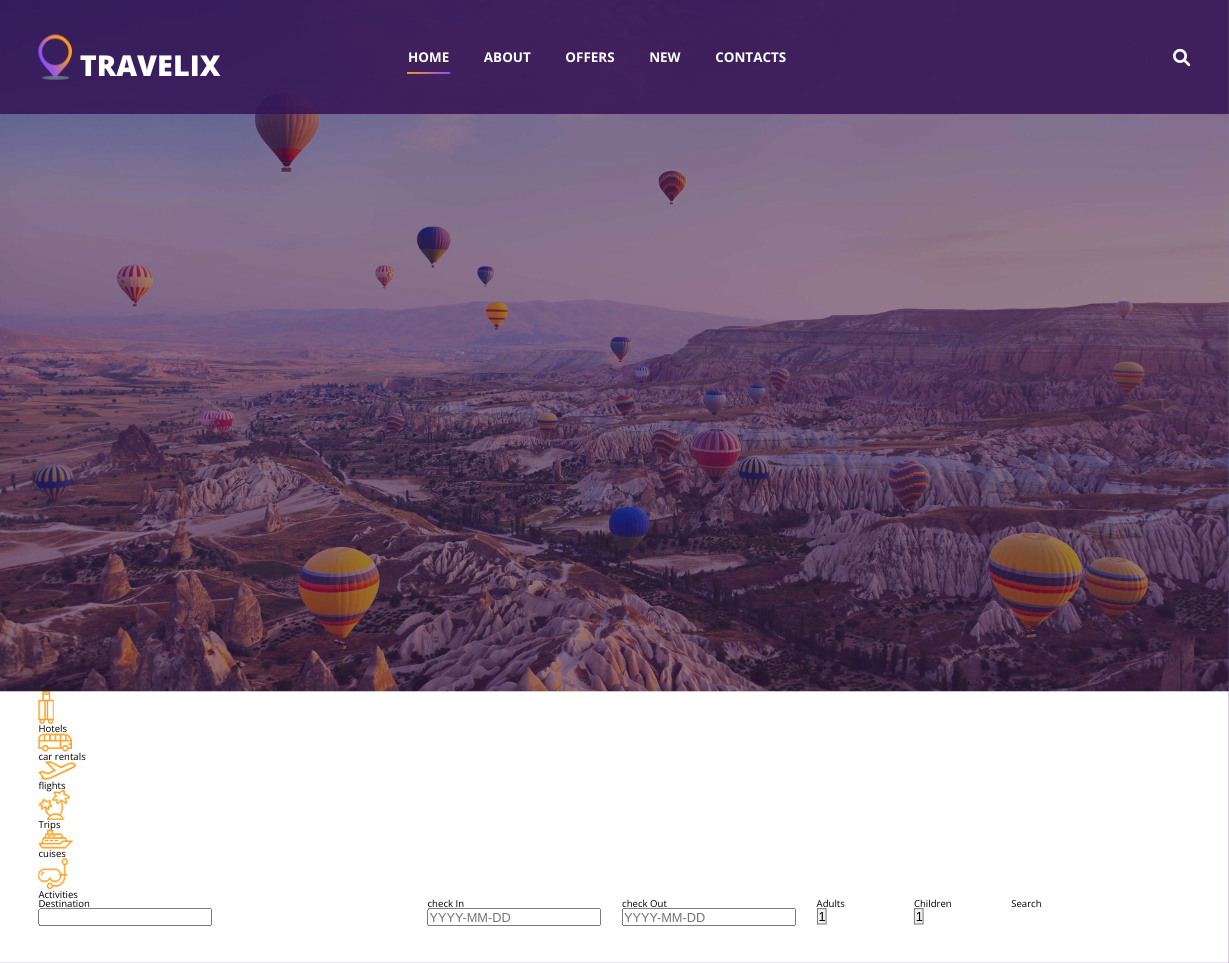
Repository: phamhuuloc/Travelix_Template
Page: offers.html
An editor plug-in stored every save of this project. The page is shown before and after the next save, followed by the edit.
The browser window is 1280 px wide. The pictures show the whole page, at 96% of full size.
Some web fonts or font styles are not loaded; a fallback is used.

Above is the page before, as saved 2021-10-15 11:08:30.

### offers.html
<!DOCTYPE html>
<html lang="en">
  <head>
    <meta charset="UTF-8" />
    <meta http-equiv="X-UA-Compatible" content="IE=edge" />
    <meta name="viewport" content="width=device-width, initial-scale=1.0" />
    <title>Document</title>
    <link rel="shortcut icon" href="./assets/img/logo.png" />
    <link
      href="https://fonts.googleapis.com/css2?family=Caramel&display=swap"
      rel="stylesheet"
    />
    <!-- GOOGLE FONT -->
    <link
      href="https://fonts.googleapis.com/css2?family=Birthstone&display=swap"
      rel="stylesheet"
    />
    <!-- FONT AWESOME -->
    <link
      rel="stylesheet"
      href="https://cdnjs.cloudflare.com/ajax/libs/font-awesome/6.0.0-beta2/css/all.min.css"
      integrity="sha512-YWzhKL2whUzgiheMoBFwW8CKV4qpHQAEuvilg9FAn5VJUDwKZZxkJNuGM4XkWuk94WCrrwslk8yWNGmY1EduTA=="
      crossorigin="anonymous"
      referrerpolicy="no-referrer"
    />
    <!-- CSS -->
    <link rel="stylesheet" href="./assets/css/reset.css" />
    <link rel="stylesheet" href="./assets/css/grid.css" />
    <link rel="stylesheet" href="./assets/css/base.css" />
    <link rel="stylesheet" href="./assets/css/offer.css" />
  </head>
  <body></body>
</html>
<header class="header">
  <div class="header-topbar" style="display: none">
    <div class="grid wide">
      <div class="header-topbar__container">
        <div class="row">
          <div class="col l-6">
            <div class="header-topbar__contact">
              <ul>
                <li>
                  <a href="">+84 945 000 917</a>
                </li>
                <li>
                  <a href=""><i class="fab fa-pinterest"></i></a>
                </li>
                <li>
                  <a href=""><i class="fab fa-facebook-f"></i></a>
                </li>
                <li>
                  <a href=""><i class="fab fa-twitter"></i></a>
                </li>
                <li>
                  <a href=""><i class="fab fa-dribbble"></i></a>
                </li>
                <li>
                  <a href=""><i class="fab fa-behance"></i></a>
                </li>
                <li>
                  <a href=""><i class="fab fa-linkedin-in"></i></a>
                </li>
              </ul>
            </div>
          </div>
          <div class="col l-6">
            <div class="header-topbar__login">
              <ul>
                <li><a href="">Login</a></li>
                <li><a href="">|</a></li>
                <li><a href="">Register</a></li>
              </ul>
            </div>
          </div>
        </div>
      </div>
    </div>
  </div>
  <div class="header-nav">
    <div class="grid wide">
      <div class="header-nav__container">
        <div class="row">
          <div class="col l-3">
            <div class="logo">
              <a href="" class="logo__link">
                <img src="./assets/img/logo.png" alt="" />
                <h2 class="logo__text">Travelix</h2>
              </a>
            </div>
          </div>
          <div class="col l-6 m-0 c-0">
            <div class="nav-menu">
              <ul class="nav-menu__list">
                <li class="nav-menu__item active">
                  <a href="" class="nav-menu__link">Home</a>
                </li>
                <li class="nav-menu__item">
                  <a href="./about.html" class="nav-menu__link">About</a>
                </li>
                <li class="nav-menu__item">
                  <a href="" class="nav-menu__link">Offers</a>
                </li>
                <li class="nav-menu__item">
                  <a href="" class="nav-menu__link">New</a>
                </li>
                <li class="nav-menu__item">
                  <a href="" class="nav-menu__link">Contacts</a>
                </li>
              </ul>
            </div>
          </div>
          <div class="col l-3">
            <div class="header-search">
              <i class="fas fa-search header-search__icon"></i>
            </div>
          </div>
        </div>
      </div>
    </div>
  </div>
</header>
<div class="home">
  <div
    class="home-background"
    style="background-image: url(./assets/img/about.jpg)"
  ></div>
  <div class="home__title"><h1>About us</h1></div>
</div>
<section class="search">
  <div class="grid wide">
    <div class="search-option grid wide">
      <ul class="search-option__list">
        <li class="search-option__item active">
          <img
            src="./assets/img/suitcase.png"
            alt=""
            class="search-option__icon"
          />
          <span class="search-option__desc">Hotels</span>
        </li>
        <li class="search-option__item">
          <img src="./assets/img/bus.png" alt="" class="search-option__icon" />
          <span class="search-option__desc">car rentals</span>
        </li>
        <li class="search-option__item">
          <img
            src="./assets/img/departure.png"
            alt=""
            class="search-option__icon"
          />
          <span class="search-option__desc">flights</span>
        </li>
        <li class="search-option__item">
          <img
            src="./assets/img/island.png"
            alt=""
            class="search-option__icon"
          />
          <span class="search-option__desc">Trips</span>
        </li>
        <li class="search-option__item">
          <img
            src="./assets/img/cruise.png"
            alt=""
            class="search-option__icon"
          />
          <span class="search-option__desc">cuises</span>
        </li>
        <li class="search-option__item">
          <img
            src="./assets/img/diving.png"
            alt=""
            class="search-option__icon"
          />
          <span class="search-option__desc">Activities</span>
        </li>
      </ul>
    </div>
    <div class="search-destination">
      <div class="row sm-gutter">
        <div class="search__item col l-4">
          <div class="search__item-container">
            <h4>Destination</h4>
            <input type="text" class="search__item-input" />
          </div>
        </div>
        <div class="search__item col l-2">
          <div class="search__item-container">
            <h4>check In</h4>
            <input
              type="text"
              class="search__item-input"
              placeholder="YYYY-MM-DD"
            />
          </div>
        </div>
        <div class="search__item col l-2">
          <div class="search__item-container">
            <h4>check Out</h4>
            <input
              type="text"
              class="search__item-input"
              placeholder="YYYY-MM-DD"
            />
          </div>
        </div>
        <div class="search__item col l-1">
          <div class="search__item-container">
            <h4>Adults</h4>
            <!-- <input
                  type="number"
                  value="1"
                  min="1"
                  max="6"
                  class="search__item-input"
                /> -->
            <select
              class="search__item-select"
              style="background-image: url(./assets/img/dropdown.png)"
            >
              <option value="">1</option>
              <option value="">2</option>
              <option value="">3</option>
            </select>
          </div>
        </div>
        <div class="search__item col l-1">
          <div class="search__item-container">
            <h4>Children</h4>
            <select
              class="search__item-select"
              style="background-image: url(./assets/img/dropdown.png)"
            >
              <option value="">1</option>
              <option value="">2</option>
              <option value="">3</option>
            </select>
          </div>
        </div>
        <div class="search__item col l-2">
          <div class="search__item-container">
            <h4>Search</h4>
            <div class="search-destination__btn">
              <a href="#" class="btn-link">
                Search
                <span></span>
                <span></span>
                <span></span>
              </a>
            </div>
          </div>
        </div>
      </div>
    </div>
  </div>
</section>

### assets/css/home.css
.search {
  position: relative;
  background: var(--bg-section);
}
.search-option {
  background-color: white;
  position: absolute;
  bottom: 100%;
  border-top-left-radius: 9.4rem;
  border-top-right-radius: 9.4rem;
}
.search-option__list {
  display: flex;
}

.search-option__item {
  display: flex;
  align-items: center;
  justify-content: center;
  flex-grow: 1;
  padding: 3.8rem 0;
  transition: all 0.3s ease;
  cursor: pointer;
}
.search__item-container {
  width: 100%;
}
.search-option__item:first-child {
  border-top-left-radius: 9.4rem;
  padding-left: 7px;
}
.search-option__item:last-child {
  border-top-right-radius: 9.4rem;
  padding-right: 7px;
}
.search-option__item:hover {
  background-color: var(--primary-color);
}
.search-option__item:hover .search-option__desc {
  color: var(--white-color);
}
.search-option__item:hover .search-option__icon {
  filter: brightness(200%) grayscale(100%);
}
.search-option__item.active {
  background-color: var(--primary-color);
}
.search-option__item.active .search-option__icon {
  filter: brightness(200%) grayscale(100%);
}
.search-option__item.active .search-option__desc {
  color: var(--white-color);
}
.search-option__icon {
  margin-right: 1.4rem;
}
.search-option__desc {
  color: var(--black-color);
  text-transform: uppercase;
  font-size: 1.4rem;
  font-weight: 700;
}
.search-destination {
  padding: 6rem 0;
}
.search__item {
  display: flex;
  align-items: center;
}
.search__item h4 {
  font-size: 1.2rem;
  font-weight: 650;
  color: var(--white-color);
  text-transform: uppercase;
  margin-bottom: 1.8rem;
}
.search__item-input {
  border: 0;
  color: #929191;
  font-size: 1.4rem;
  font-weight: 550;
  outline: none;
  padding: 1.5rem;
  width: 100%;
}
.search__item-select {
  background-repeat: no-repeat;
  background-position: center right;
  border: 0;
  color: #929191;
  font-size: 1.4rem;
  font-weight: 500;
  outline: #fa9e1b;
  padding: 1.5rem;
  width: 100%;
  cursor: pointer;
}
.search-destination__btn {
  /* display: inline-block; */
  border-radius: 2.7rem;
  background-color: #31124b;
  display: inline-flex;
  align-items: center;
  justify-content: center;
  cursor: pointer;
}
.search-destination__btn:hover {
  opacity: 0.8;
  transition: all 0.3s ease;
}
/* TOURS */
.tours {
  margin-top: 9.6rem;
  text-align: center;
  margin-bottom: 10.5rem;
}
.tours__item {
  position: relative;
  height: 42.5rem;
}
.tours__heading {
  font-size: 3rem;
  font-weight: 700;
  color: var(--black-color);
  margin-bottom: 4.2rem;
}
.tours__desc {
  font-style: italic;
  color: #999998;
  font-size: 2.2rem;
  font-weight: 500;
  line-height: 1.4;
  margin-bottom: 6.8rem;
  margin: 0 auto;
  max-width: 950px;
  text-align: center;
  margin-bottom: 5.4rem;
}
.tours__overlay {
  position: absolute;
  z-index: 2;
  top: 0;
  left: 0;
  width: 100%;
  height: 100%;
  background: rgba(49, 18, 75, 0.55);
}
.tours__background {
  position: absolute;
  top: 0;
  left: 0;
  width: 100%;
  height: 100%;
  z-index: 1;
  background-size: cover;
}
.tours__item-container {
  position: absolute;
  top: 0;
  left: 0;
  width: 100%;
  height: 100%;
  z-index: 3;
}
.tours__schedule {
  background-color: var(--primary-color);
  border-radius: 2rem;
  color: var(--white-color);
  display: inline-block;
  font-size: 1.4rem;
  margin-top: 3.8rem;
  margin-bottom: 8rem;
  padding: 0.8rem 4rem;
}
.tours__item-heading {
  font-size: 6rem;
  font-weight: 700;
  color: var(--white-color);
  margin-bottom: 2rem;
}
.tours__item-price {
  color: var(--white-color);
  font-size: 1.4rem;
  font-weight: 500;
  margin-bottom: 1.4rem;
}
.rating {
  margin-top: 1.4rem;
  justify-content: center;
  margin-bottom: 4.8rem;
}
.tours__item-rating {
}
.rating i {
  display: inline-block;
  width: 27px;
  height: 27px;
  margin-right: 4px;
  font-size: 2rem;
  color: #ccc;
}
.rating i:first-child {
  color: #ffeb8d;
}
.rating i:nth-child(2) {
  color: #fed46b;
}
.rating i:nth-child(3) {
  color: #fed46b;
}
.rating i:nth-child(4) {
  color: #fa9e1b;
}
.tours__btn {
  display: inline-block;
  border-radius: 27px;
  overflow: hidden;
  position: relative;
}
.tours__btn:hover .btn-bg {
  transform: translateX(-50%);
}
.tours__btn .btn-link {
  padding: 22px 40px;
}
/* PACKAGE */
.package {
  background: var(--bg-section);
  position: relative;
  padding-top: 10.2rem;
  padding-bottom: 11.6rem;
  margin-bottom: 10.3rem;
}
.package__background {
  position: absolute;
  top: 0;
  left: 0;
  width: 100%;
  height: 100%;
  background-size: cover;
  background-repeat: no-repeat;
  background-position: center center;
  opacity: 0.27;
}
.package__container {
  position: relative;
}
.package__container--wrap {
  display: flex;
  flex-direction: column;
  align-items: center;
  justify-content: center;
  background-color: white;
}

.package__title {
  margin-top: 8.8rem;
  font-size: 3rem;
  font-weight: 700;
  color: var(--black-color);
  text-transform: uppercase;
}
.package__rating {
  display: flex;
  font-size: 1.4rem;
  margin-top: 1.6rem;
}
.package__rating.rating {
  margin-bottom: 3.2rem;
}
.package__desc {
  font-size: 1.6rem;
  font-weight: 550;
  color: #999;
  line-height: 2;
  max-width: 930px;
  text-align: center;
}

.package__button {
  display: inline-block;
  border-radius: 27px;
  overflow: hidden;
  position: relative;
  margin-top: 5rem;
  margin-bottom: 6.8rem;
}
.package__button:hover .btn-bg {
  transform: translateX(-50%);
}
/* OFFERS */
.offers {
  margin-bottom: 14.7rem;
}
.offers__item {
  margin-bottom: 8.3rem;
}
.offers__heading {
  font-size: 3rem;
  font-weight: 700;
  color: var(--black-color);
  text-transform: uppercase;
  text-align: center;
  margin-bottom: 10.4rem;
}
.offers__img-container {
  position: relative;
}
.offers__img-background {
  width: 100%;
  height: 100%;
  background-size: cover;
  background-repeat: no-repeat;
  background-position: center center;
}
.offers__img-name {
  position: absolute;
  bottom: 2.7rem;
}
.offers__img-name a {
  display: inline-block;
  padding: 10px 20px;
  background-color: var(--primary-color);
  font-weight: 700;
  font-size: 1.8rem;
  color: var(--white-color);
  text-transform: uppercase;
}
.offers__item-price {
  font-size: 3.6rem;
  font-weight: 700;
  color: #eda84a;
}
.offers__item-price span {
  font-size: 1.4rem;
  font-weight: 600;
  color: #9f9f9f;
}
.offers__item-rating {
  text-align: left;
}
.offers__item-desc {
  font-weight: 500;
  font-size: 1.4rem;
  color: #9f9f9f;
  line-height: 2;
  margin-bottom: 2.6rem;
}
.offers__item-icons {
  display: flex;
  margin-bottom: 6rem;
}
.offers__item-icon {
  margin-right: 20px;
}
.offers__item-link {
  display: inline-block;
}
.offers__item-link a {
  font-size: 1.6rem;
  font-weight: 700;
  color: var(--black-color);
  text-transform: uppercase;
  transition: all 0.3s ease;
}
.offers__item-link:hover a {
  color: var(--primary-color);
}
.offers__item-rating.rating {
  margin-bottom: 2.6rem;
}
.offers__item-rating.rating i {
  font-size: 1.4rem;
  margin-right: -8px;
}
/* TESTIMONIALS */
.testimonials__item {
  position: relative;
  padding-top: 3.6rem;
}

.testimonials__heading {
  font-size: 3rem;
  font-weight: 700;
  color: var(--black-color);
  text-align: center;
  text-transform: uppercase;
  margin-bottom: 6.8rem;
}
.testimonials__icon {
  position: absolute;
  top: 0;
  left: 50px;
  width: 72px;
  height: 72px;
  border-radius: 50%;
  background: var(--primary-color);
  overflow: hidden;
}
.testimonials__icon img {
  position: relative;
  top: 50%;
  left: 50%;
  transform: translate(-50%, -50%);
}
.testimonials__content {
  position: absolute;
  left: 0;
  bottom: 0;
  width: 100%;
  height: 44.1%;
  background-color: rgba(49, 18, 75, 0.8);
}
.testimonials__content-info {
  position: absolute;
  bottom: 90%;
  left: 4rem;
  padding: 10px 21px;
  background-color: white;
  display: flex;
  flex-direction: column;
}
.testimonials__info-name {
  font-size: 1.6rem;
  font-weight: 600;
  color: var(--black-color);
  text-transform: uppercase;
  margin-bottom: 1.2rem;
}
.testimonials__info-date {
  font-size: 1.2rem;
  color: var(--black-color);
  font-weight: 500;
}
.testimonials__quote {
  width: 100%;
  height: 100%;
  padding: 4.4rem 3.8rem 0 4rem;
}
.testimonials__quote-title {
  color: var(--white-color);
  font-size: 2rem;
  font-weight: 600;
  margin-bottom: 2.8rem;
}
.testimonials__quote-text {
  color: var(--white-color);
  font-size: 1.6rem;
  font-weight: 500;
  line-height: 1.8;
}
.borderline {
  width: 100%;
  height: 2px;
  background: var(--bg-section);
  margin: 10.4rem 0;
}
.trending__title {
  font-size: 3rem;
  font-weight: 700;
  color: var(--black-color);
  text-align: center;
  text-transform: uppercase;
  margin-bottom: 10.4rem;
}
.trending__item {
  display: flex;
  margin-bottom: 5.6rem;
}
.trending__item img {
  margin-right: 1.4rem;
}
.trending__content {
  display: flex;
  flex-direction: column;
}
.trending__name a {
  display: block;
  font-size: 1.6rem;
  font-weight: 700;
  color: var(--black-color);
  margin-bottom: 1.2rem;
  text-transform: uppercase;
  transition: all 0.3s ease;
}
.trending__name:hover a {
  color: var(--primary-color);
}

.trending__price {
  font-size: 1.4rem;
  font-weight: 600;
  color: var(--primary-color);
  margin-bottom: 1.4rem;
}
.trending__location {
  font-size: 1.4rem;
  font-weight: 500;
  color: #9f9f9f;
  text-transform: uppercase;
}

Loaded but not shown: assets/css/reset.css (common file); assets/css/base.css (447 lines, source omitted); assets/css/grid.css (430 lines, source omitted); assets/css/offer.css (no stored copy; drawn as an empty file)

After the next save:
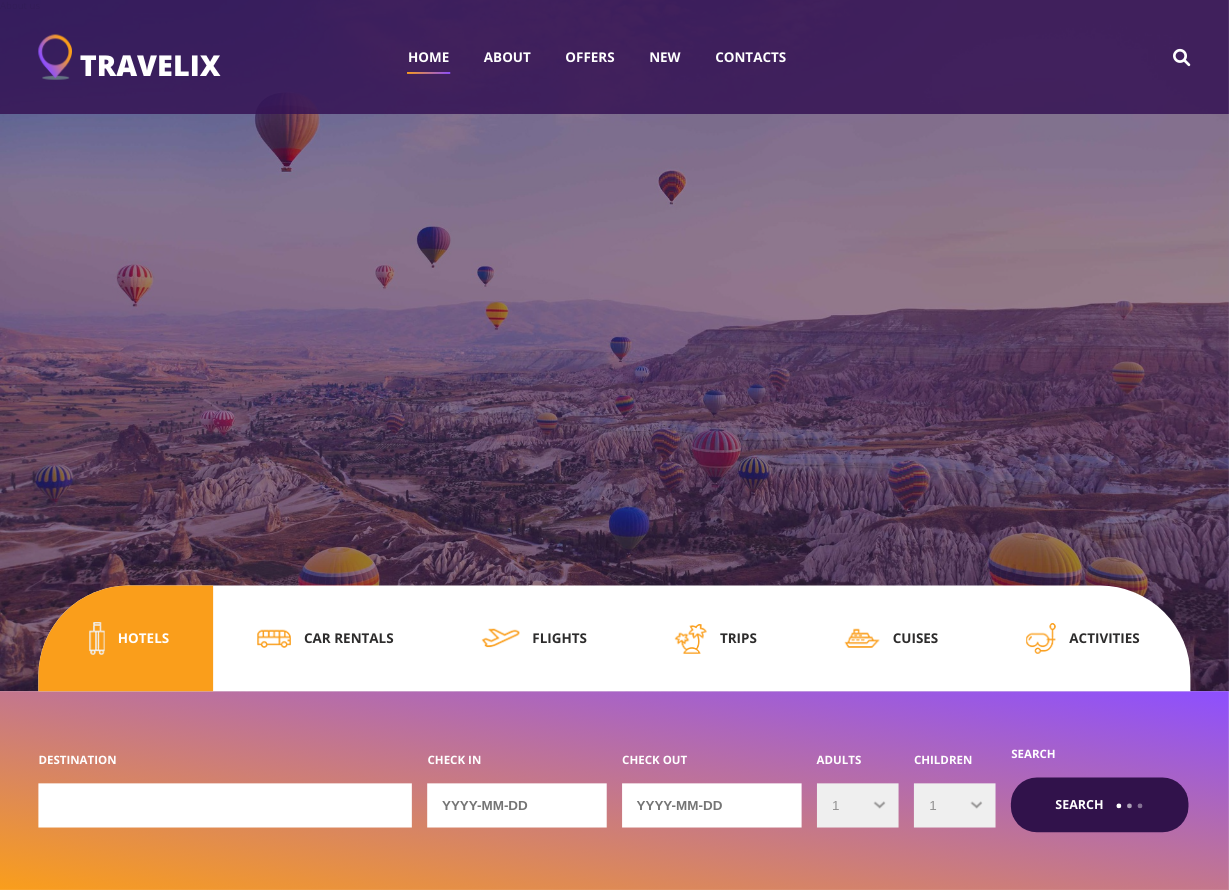
Saved 26 s later.
--- a/offers.html
+++ b/offers.html
@@ -27,6 +27,7 @@
     <link rel="stylesheet" href="./assets/css/reset.css" />
     <link rel="stylesheet" href="./assets/css/grid.css" />
     <link rel="stylesheet" href="./assets/css/base.css" />
+    <link rel="stylesheet" href="./assets/css/home.css" />
     <link rel="stylesheet" href="./assets/css/offer.css" />
   </head>
   <body></body>

After the save that followed:
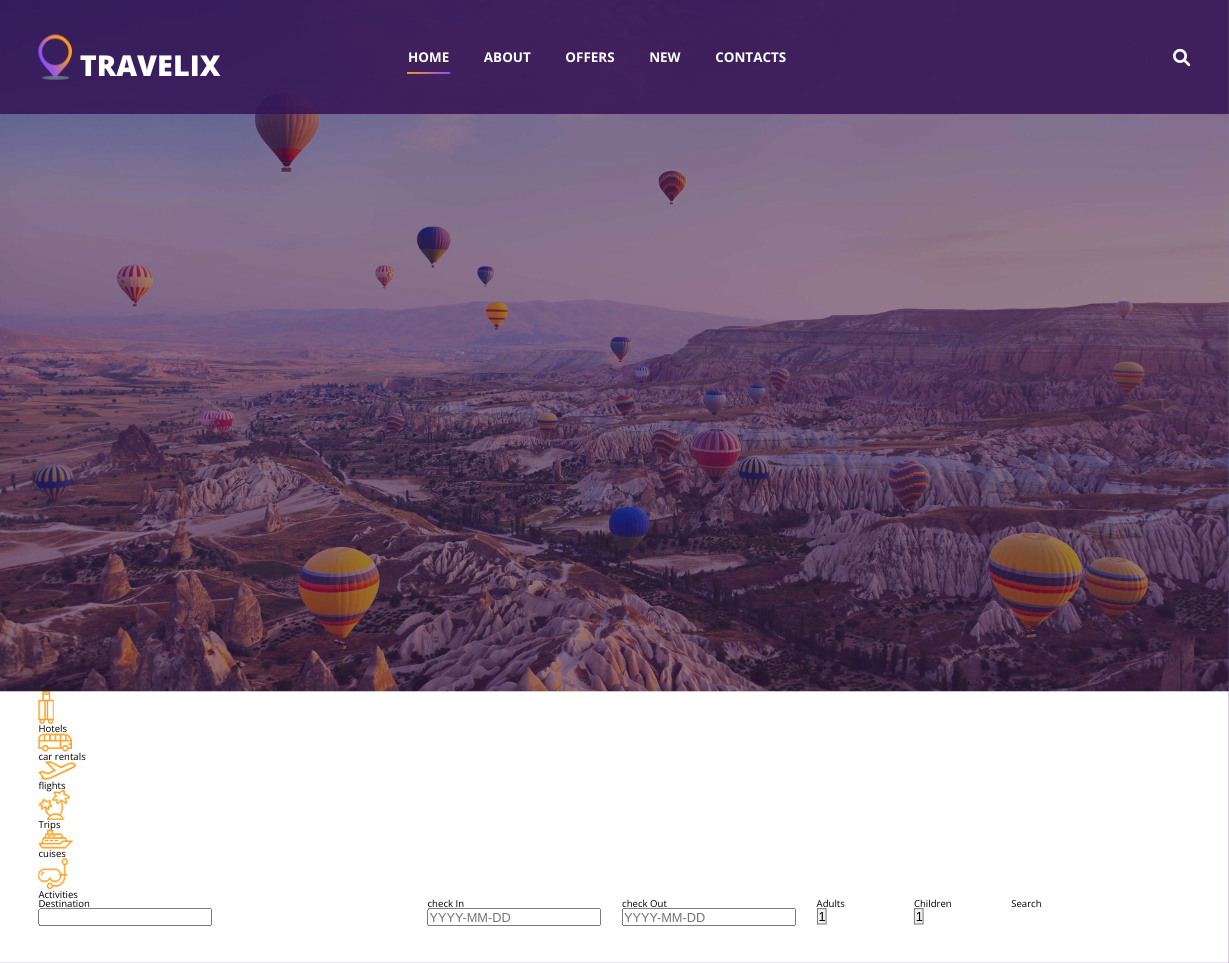
Saved 77 s later.
--- a/assets/css/home.css
+++ b/assets/css/home.css
@@ -1,113 +1,3 @@
-.search {
-  position: relative;
-  background: var(--bg-section);
-}
-.search-option {
-  background-color: white;
-  position: absolute;
-  bottom: 100%;
-  border-top-left-radius: 9.4rem;
-  border-top-right-radius: 9.4rem;
-}
-.search-option__list {
-  display: flex;
-}
-
-.search-option__item {
-  display: flex;
-  align-items: center;
-  justify-content: center;
-  flex-grow: 1;
-  padding: 3.8rem 0;
-  transition: all 0.3s ease;
-  cursor: pointer;
-}
-.search__item-container {
-  width: 100%;
-}
-.search-option__item:first-child {
-  border-top-left-radius: 9.4rem;
-  padding-left: 7px;
-}
-.search-option__item:last-child {
-  border-top-right-radius: 9.4rem;
-  padding-right: 7px;
-}
-.search-option__item:hover {
-  background-color: var(--primary-color);
-}
-.search-option__item:hover .search-option__desc {
-  color: var(--white-color);
-}
-.search-option__item:hover .search-option__icon {
-  filter: brightness(200%) grayscale(100%);
-}
-.search-option__item.active {
-  background-color: var(--primary-color);
-}
-.search-option__item.active .search-option__icon {
-  filter: brightness(200%) grayscale(100%);
-}
-.search-option__item.active .search-option__desc {
-  color: var(--white-color);
-}
-.search-option__icon {
-  margin-right: 1.4rem;
-}
-.search-option__desc {
-  color: var(--black-color);
-  text-transform: uppercase;
-  font-size: 1.4rem;
-  font-weight: 700;
-}
-.search-destination {
-  padding: 6rem 0;
-}
-.search__item {
-  display: flex;
-  align-items: center;
-}
-.search__item h4 {
-  font-size: 1.2rem;
-  font-weight: 650;
-  color: var(--white-color);
-  text-transform: uppercase;
-  margin-bottom: 1.8rem;
-}
-.search__item-input {
-  border: 0;
-  color: #929191;
-  font-size: 1.4rem;
-  font-weight: 550;
-  outline: none;
-  padding: 1.5rem;
-  width: 100%;
-}
-.search__item-select {
-  background-repeat: no-repeat;
-  background-position: center right;
-  border: 0;
-  color: #929191;
-  font-size: 1.4rem;
-  font-weight: 500;
-  outline: #fa9e1b;
-  padding: 1.5rem;
-  width: 100%;
-  cursor: pointer;
-}
-.search-destination__btn {
-  /* display: inline-block; */
-  border-radius: 2.7rem;
-  background-color: #31124b;
-  display: inline-flex;
-  align-items: center;
-  justify-content: center;
-  cursor: pointer;
-}
-.search-destination__btn:hover {
-  opacity: 0.8;
-  transition: all 0.3s ease;
-}
 /* TOURS */
 .tours {
   margin-top: 9.6rem;
